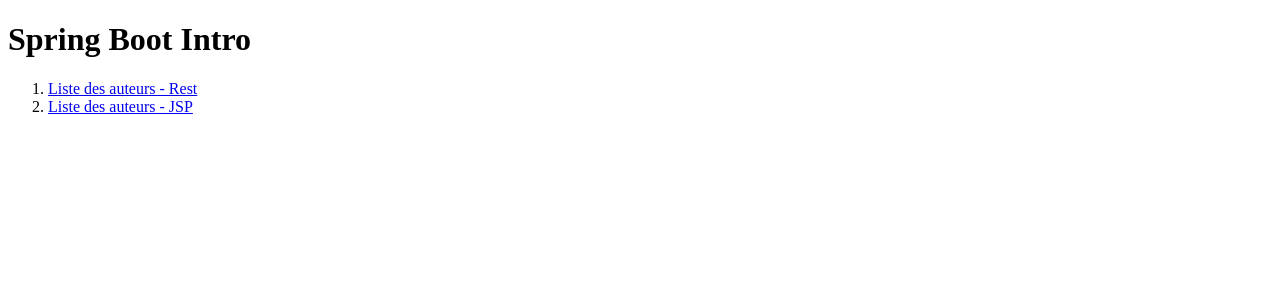
Repository: rdrayef/Spring-SpringBoot-MQL
Page: p05-spring-boot/src/main/webapp/index.html
The author's editor kept a copy of each file at every save. The page is drawn from the files as they stood at one save, then again after the next save.
The browser window is 1280 px wide. The pictures show the whole page.

Above is the page before, as saved 2023-04-03 15:09:33.

### p05-spring-boot/src/main/webapp/index.html
<!DOCTYPE html>
<html>
<head>
<meta charset="UTF-8">
<title>Insert title here</title>
</head>
<body>
	<h1>Spring Boot Intro</h1>
	<ol>
		<li><a href="get-all-authors-rest">Liste des auteurs - Rest</a></li>
		<li><a href="get-all-authors">Liste des auteurs - JSP</a></li>
	</ol>
</body>
</html>

After the next save:
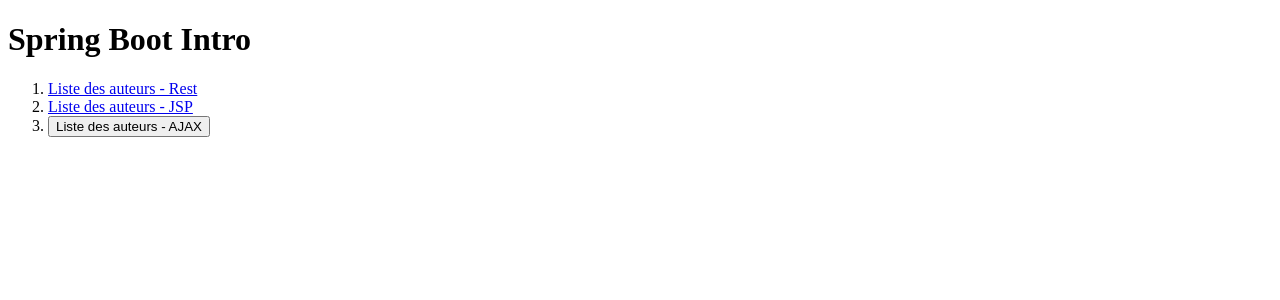
Saved 2 min 35 s later.
--- a/p05-spring-boot/src/main/webapp/index.html
+++ b/p05-spring-boot/src/main/webapp/index.html
@@ -9,6 +9,7 @@
 	<ol>
 		<li><a href="get-all-authors-rest">Liste des auteurs - Rest</a></li>
 		<li><a href="get-all-authors">Liste des auteurs - JSP</a></li>
+		<li><button onclik="getAllAuthors()">Liste des auteurs - AJAX</button></li>
 	</ol>
 </body>
 </html>
